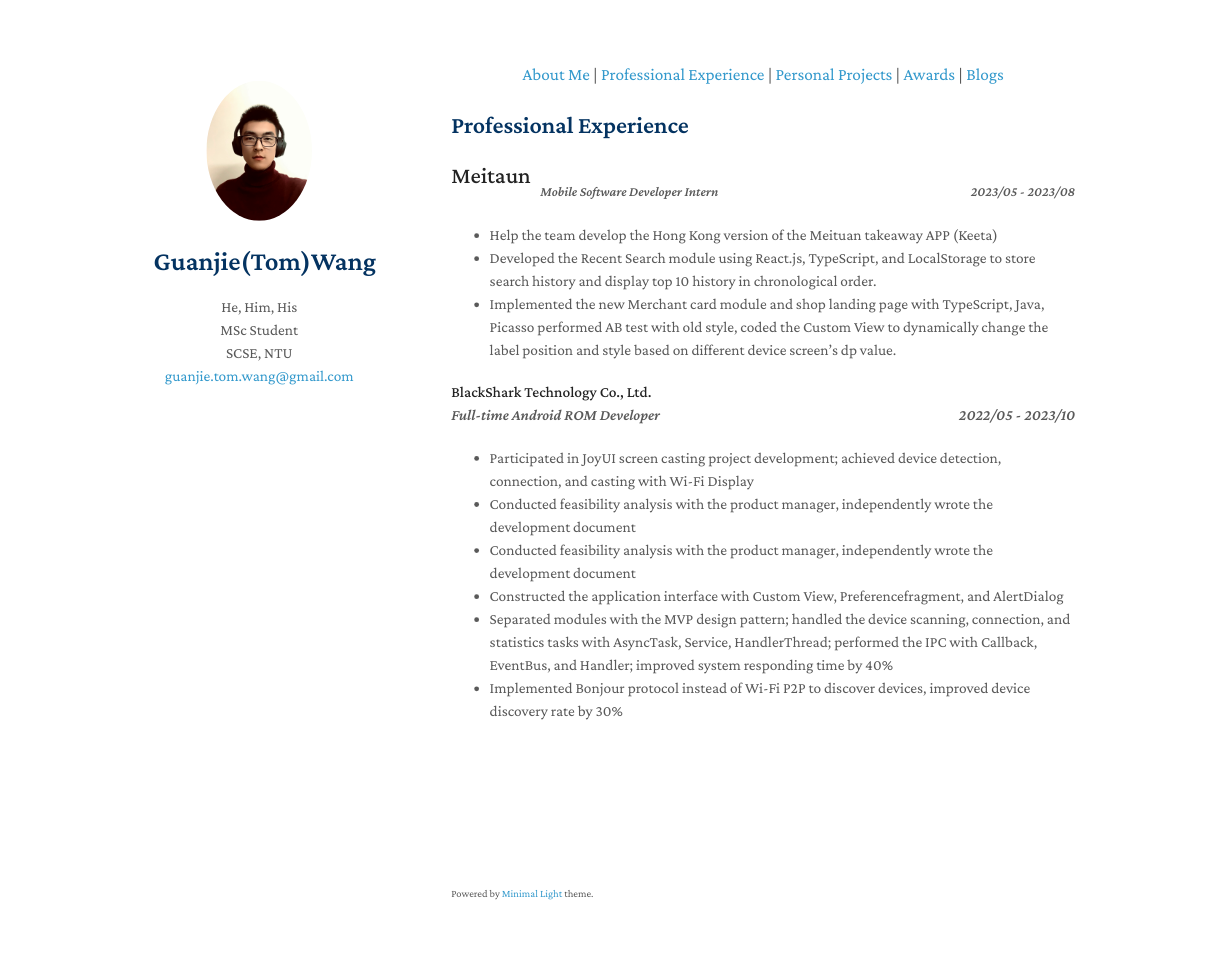
Repository: guanjie01/aboutme
Page: html/professional.html
The author's editor kept a copy of each file at every save. The page is drawn from the files as they stood at one save, then again after the next save.
The browser window is 1280 px wide. The pictures show the whole page, at 96% of full size.

Above is the page before, as saved 2023-07-31 23:55:44.

After the next save:
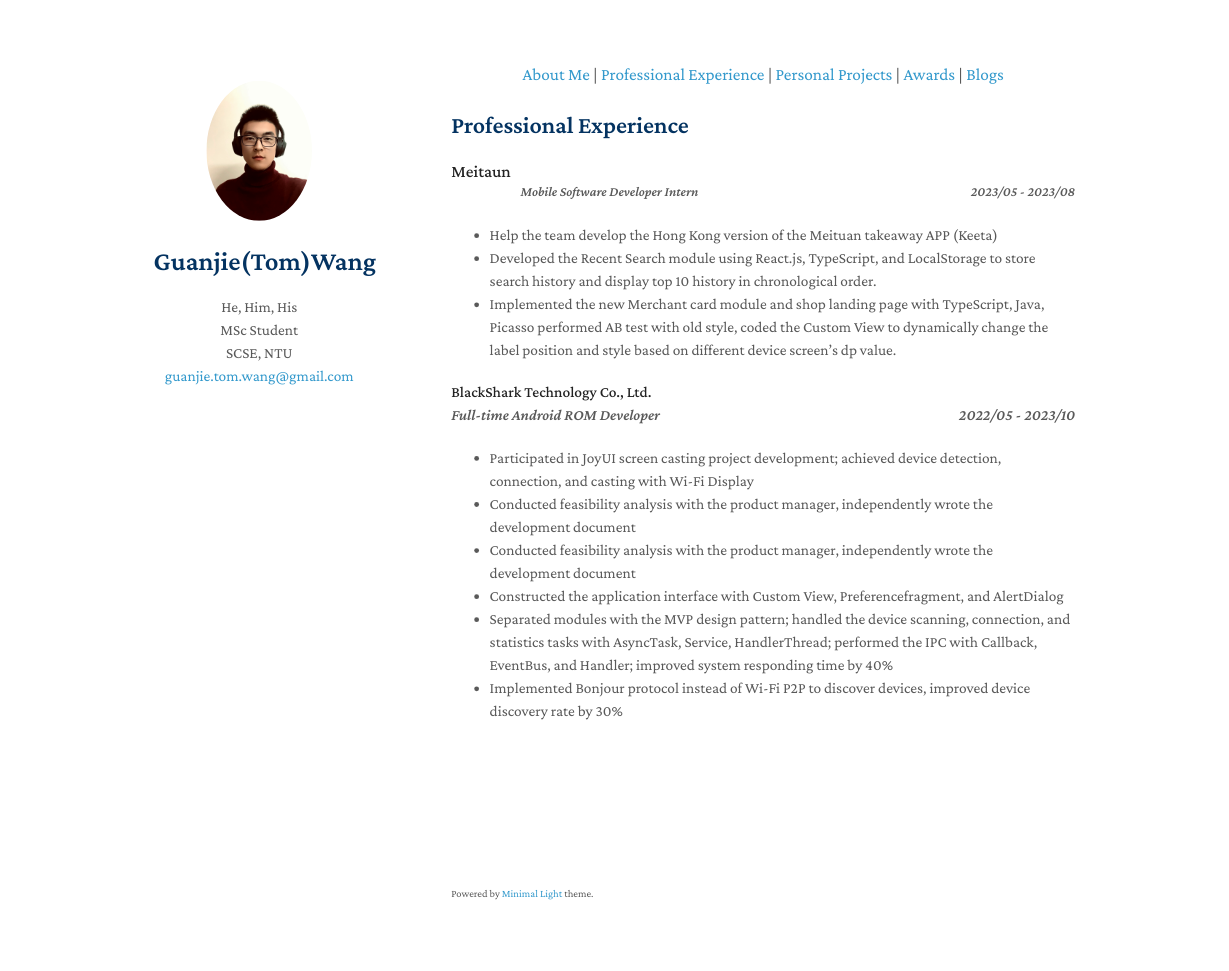
Saved 11 s later.
--- a/html/professional.html
+++ b/html/professional.html
@@ -64,7 +64,7 @@
         <h2>Professional Experience</h2>
         <div>
           <p>
-            <strong style="float: left; margin-right: 10px;font-size: 24px;">Meitaun</strong>
+            <strong style="float: left; margin-right: 10px;font-size: 18px;">Meitaun</strong>
           </p>
           <br />
           <p>
